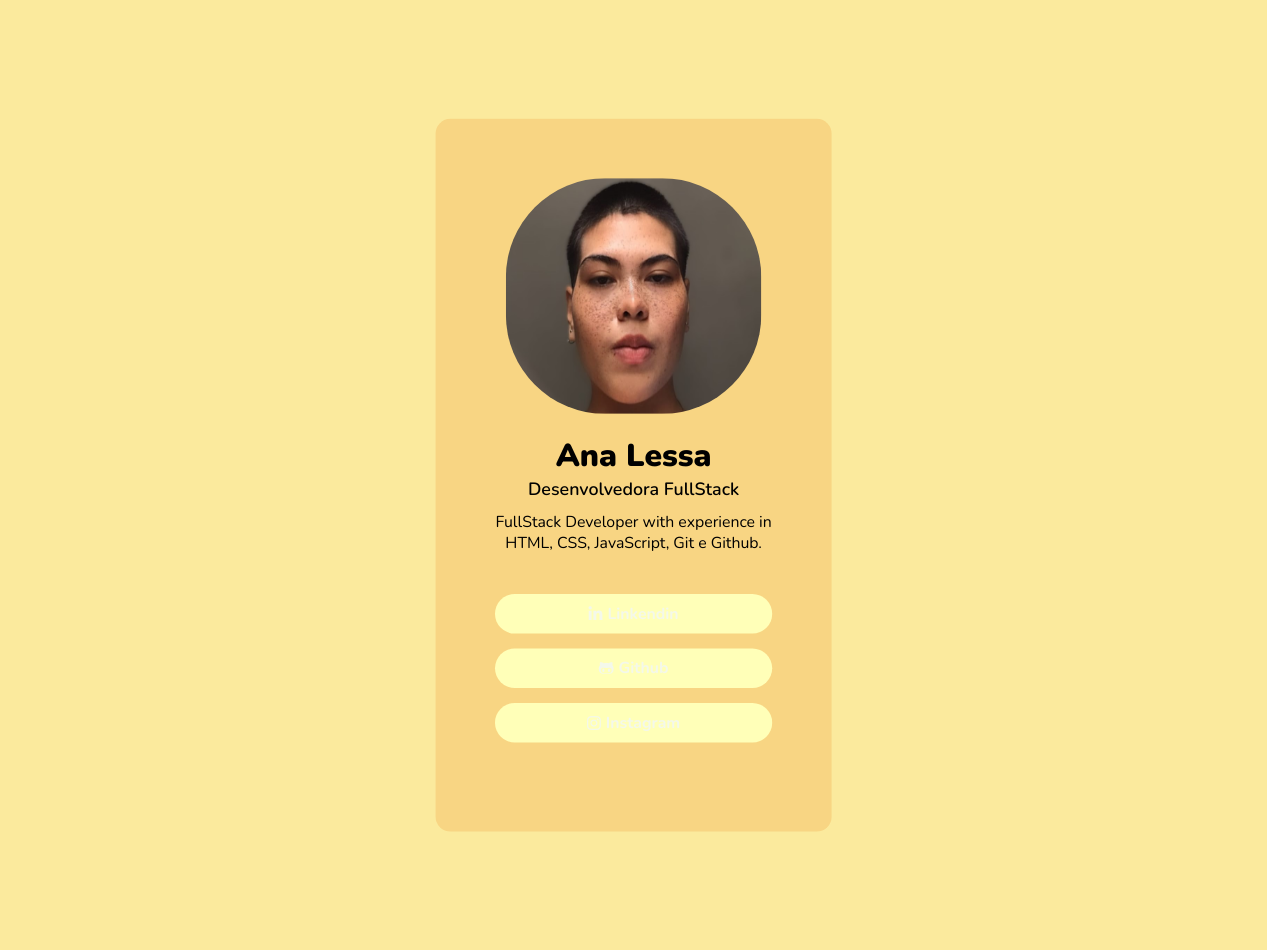
Repository: analessp/linktree
Page: index.html
The author's editor kept a copy of each file at every save. The page is drawn from the files as they stood at one save, then again after the next save.
The browser window is 1280 px wide. The pictures show the whole page, at 99% of full size.

Above is the page before, as saved 2025-04-11 10:59:04.

After the next save:
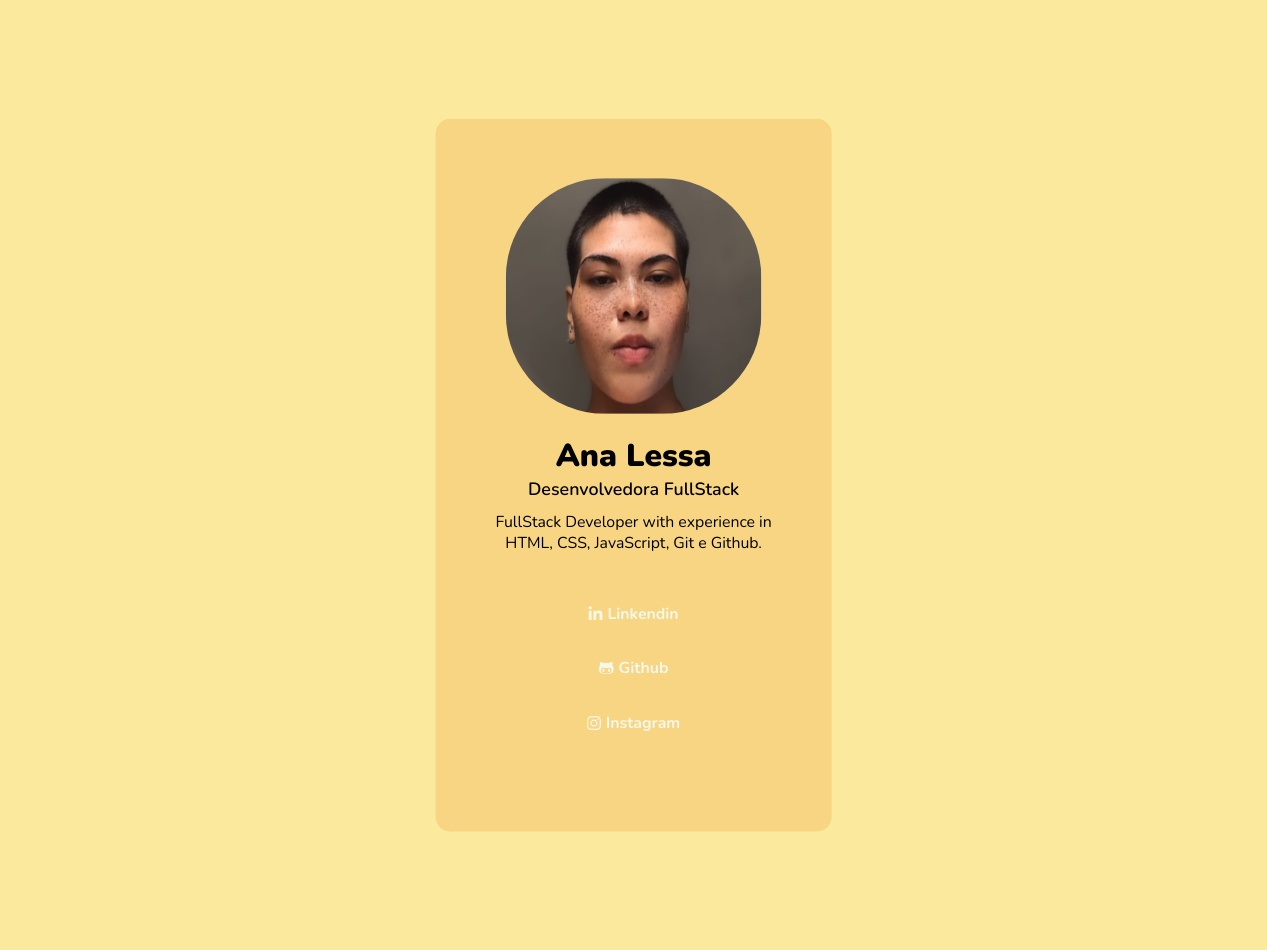
Saved 39 s later.
--- a/style.css
+++ b/style.css
@@ -60,7 +60,7 @@
     align-items: center;
     width: 280px;
     height: 40px;
-    background-color: #ffffb8;
+    background-color: #f8d583;
     margin: 15px 0;
     padding: 8px 0;
     border-radius: 20px;

After the save that followed:
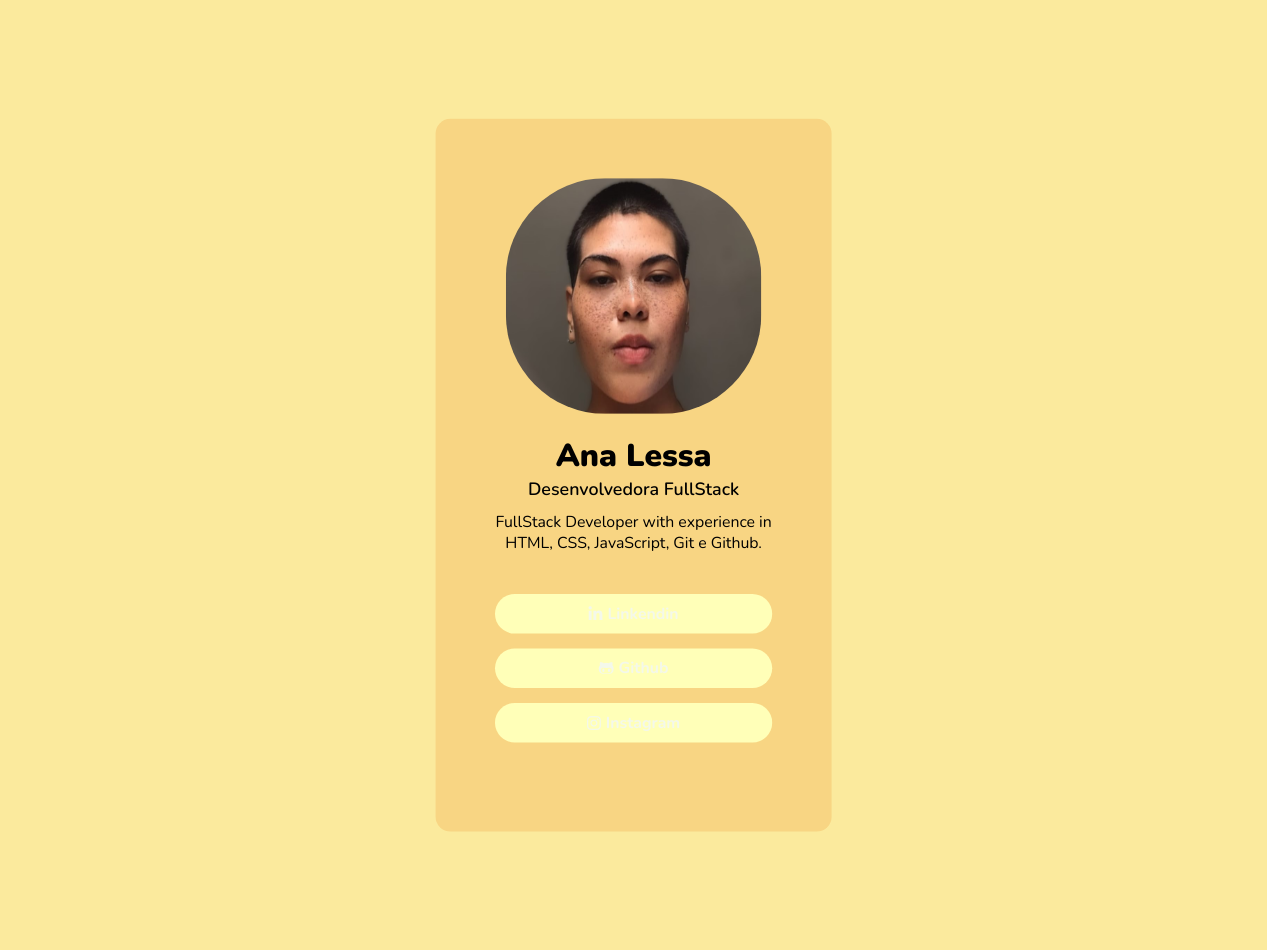
Saved 25 s later.
--- a/style.css
+++ b/style.css
@@ -60,7 +60,7 @@
     align-items: center;
     width: 280px;
     height: 40px;
-    background-color: #f8d583;
+    background-color: #ffffb8;
     margin: 15px 0;
     padding: 8px 0;
     border-radius: 20px;
